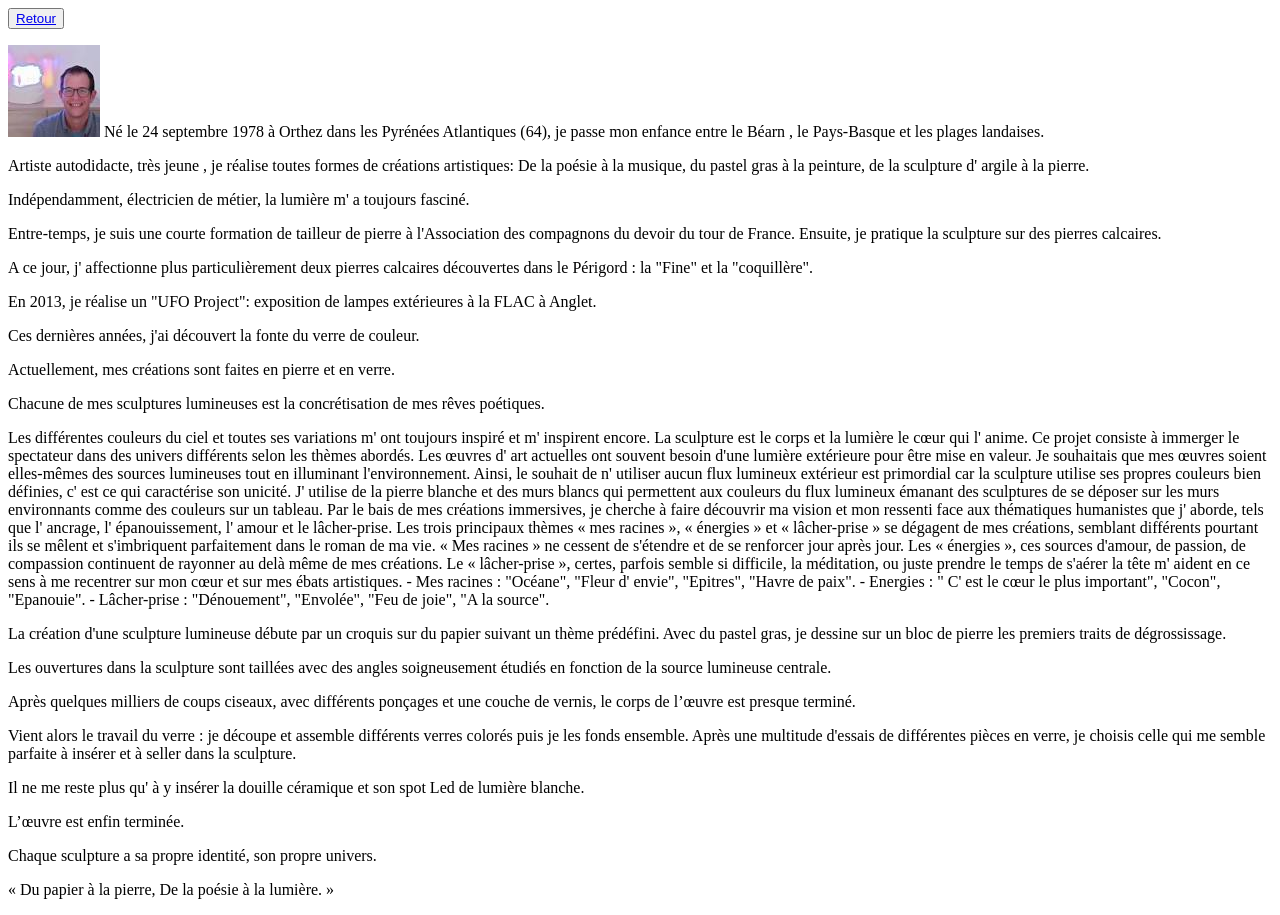
Repository: lysianebo/EricBidart
Page: presentation_more.html
An editor plug-in stored every save of this project. The page is shown before and after the next save, followed by the edit.
The browser window is 1280 px wide. The pictures show the whole page.

Above is the page before, as saved 2023-10-29 07:33:41.

### presentation_more.html
<!DOCTYPE html>
<html lang="en">
<head>
    <meta charset="UTF-8">
    <meta name="viewport" content="width=device-width, initial-scale=1.0">
    <title>Document</title>
    <link rel="stylesheet" href="public/css/style.css">
</head>
<body>
    <button class="back-button"><a href="presentation.html">Retour</a></button>
    <div class="hidden" id="presentation-content">
        <p class="text"><img src="public/images/happy_moi.jpeg" alt=""> Né le 24 septembre 1978 à Orthez dans les Pyrénées Atlantiques (64),
            je passe mon enfance entre le Béarn , le Pays-Basque et les plages landaises. </p>
        <p> Artiste autodidacte, très jeune , je réalise toutes formes de créations artistiques:
            De la poésie à la musique, du pastel gras à la peinture, de la sculpture d' argile à la pierre.</p>
        <p> Indépendamment, électricien de métier, la lumière m' a toujours fasciné.</p>

        <p> Entre-temps, je suis une courte formation de tailleur de pierre à l'Association des compagnons du devoir du
            tour de France. Ensuite, je pratique la sculpture sur des pierres calcaires.</p>

        <p> A ce jour, j' affectionne plus particulièrement deux pierres calcaires découvertes dans le Périgord : la
            "Fine" et la "coquillère".</p>
        <p> En 2013, je réalise un "UFO Project": exposition de lampes extérieures à la FLAC à Anglet.</p>
        <p> Ces dernières années, j'ai découvert la fonte du verre de couleur.</p>
        <p> Actuellement, mes créations sont faites en pierre et en verre.</p>
        <p>Chacune de mes sculptures lumineuses est la concrétisation de mes rêves poétiques.</p>
    </div>
        <!-- Contenu de la section "Bibliographie" ici -->
    </div>
    <div class="hidden"
        id="demarche-content">
        <p>Les différentes couleurs du ciel et toutes ses variations m' ont toujours inspiré et m' inspirent encore.

            La sculpture est le corps et la lumière le cœur qui l' anime.



            Ce projet consiste à immerger le spectateur dans des univers différents selon les thèmes abordés.

            Les œuvres d' art actuelles ont souvent besoin d'une lumière extérieure pour être mise en valeur.

            Je souhaitais que mes œuvres soient elles-mêmes des sources lumineuses tout en illuminant l'environnement.

            Ainsi, le souhait de n' utiliser aucun flux lumineux extérieur est primordial car la sculpture utilise ses
            propres couleurs bien définies, c' est ce qui caractérise son unicité.



            J' utilise de la pierre blanche et des murs blancs qui permettent aux couleurs du flux lumineux émanant des
            sculptures de se déposer sur les murs environnants comme des couleurs sur un tableau.

            Par le bais de mes créations immersives, je cherche à faire découvrir ma vision et mon ressenti face aux
            thématiques humanistes que j' aborde, tels que l' ancrage, l' épanouissement, l' amour et le lâcher-prise.



            Les trois principaux thèmes « mes racines », « énergies » et « lâcher-prise » se dégagent de mes créations,
            semblant différents pourtant ils se mêlent et s'imbriquent parfaitement dans le roman de ma vie.

            « Mes racines » ne cessent de s'étendre et de se renforcer jour après jour.

            Les « énergies », ces sources d'amour, de passion, de compassion continuent de rayonner au delà même de mes
            créations.

            Le « lâcher-prise », certes, parfois semble si difficile, la méditation, ou juste prendre le temps de s'aérer la
            tête m' aident en ce sens à me recentrer sur mon cœur et sur mes ébats artistiques.

            - Mes racines : "Océane", "Fleur d' envie", "Epitres", "Havre de paix".

            - Energies : " C' est le cœur le plus important", "Cocon", "Epanouie".

            - Lâcher-prise : "Dénouement", "Envolée", "Feu de joie", "A la source".

        </p>
    </div>
    <div class="hidden"
        id="technique-content">
        <p>La création d'une sculpture lumineuse débute par un croquis sur du papier suivant un thème prédéfini. Avec du
            pastel gras, je dessine sur un bloc de pierre les premiers traits de dégrossissage. </p>
        <p>Les ouvertures dans la sculpture sont taillées avec des angles soigneusement étudiés en fonction de la source
            lumineuse centrale.</p>
        <p>Après quelques milliers de coups ciseaux, avec différents ponçages et une couche de vernis,
            le corps de l’œuvre est presque terminé.</p>
        <p> Vient alors le travail du verre : je découpe et assemble différents verres colorés puis je les fonds ensemble.
            Après une multitude d'essais de différentes pièces en verre, je choisis celle qui me semble parfaite à insérer
            et à seller dans la sculpture.</p>
        <p>Il ne me reste plus qu' à y insérer la douille céramique et son spot Led de lumière blanche.</p>
        </p>
        <p> L’œuvre est enfin terminée.</p>


        <p> Chaque sculpture a sa propre identité, son propre univers.</p>

        <p> « Du papier à la pierre, De la poésie à la lumière. »</p>
    </div>

    </div>
</body>
</html>

### public/css/style.css
/* @import url("https://fonts.googleapis.com/css2?family=Belanosima:wght@400;700&family=Noto+Sans&family=Outfit&family=Rubik:wght@400;500;700&display=swap"); */
/*# sourceMappingURL=style.css.map */

After the next save:
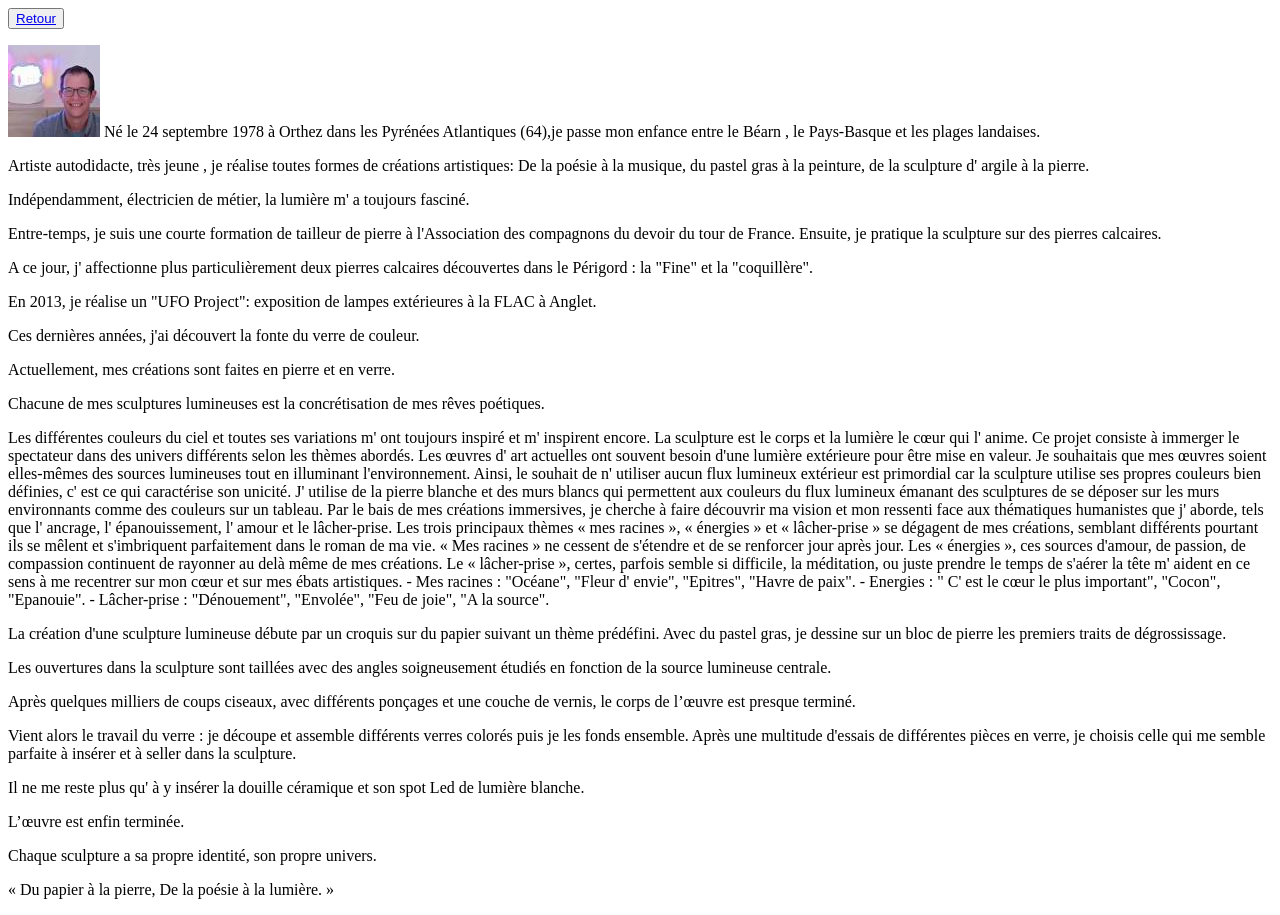
Saved 14 s later.
--- a/presentation_more.html
+++ b/presentation_more.html
@@ -9,8 +9,7 @@
 <body>
     <button class="back-button"><a href="presentation.html">Retour</a></button>
     <div class="hidden" id="presentation-content">
-        <p class="text"><img src="public/images/happy_moi.jpeg" alt=""> Né le 24 septembre 1978 à Orthez dans les Pyrénées Atlantiques (64),
-            je passe mon enfance entre le Béarn , le Pays-Basque et les plages landaises. </p>
+        <p class="text"><img src="public/images/happy_moi.jpeg" alt=""> Né le 24 septembre 1978 à Orthez dans les Pyrénées Atlantiques (64),je passe mon enfance entre le Béarn , le Pays-Basque et les plages landaises. </p>
         <p> Artiste autodidacte, très jeune , je réalise toutes formes de créations artistiques:
             De la poésie à la musique, du pastel gras à la peinture, de la sculpture d' argile à la pierre.</p>
         <p> Indépendamment, électricien de métier, la lumière m' a toujours fasciné.</p>
